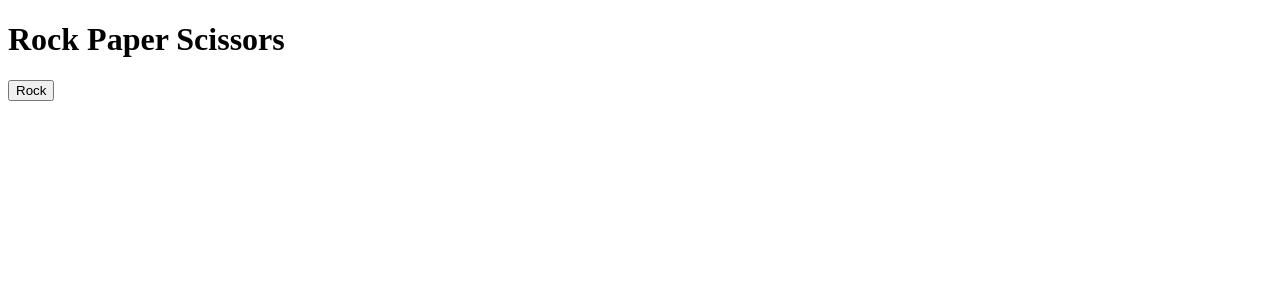
Repository: pgyunknown/Rock_paper_scissors-
Page: index.html
An editor plug-in stored every save of this project. The page is shown before and after a run of saves, followed by the edit.
The browser window is 1280 px wide. The pictures show the whole page.

Above is the page before, as saved 2024-08-19 21:41:03.

### index.html
<!DOCTYPE html>
<html lang="en">
<head>
  <meta charset="UTF-8">
  <meta name="viewport" content="width=device-width, initial-scale=1.0">
  <title>Document</title>
</head>
<body>
  <h1>Rock Paper Scissors</h1>
  <button>Rock</button>
</body>
</html>

After the next 2 saves:
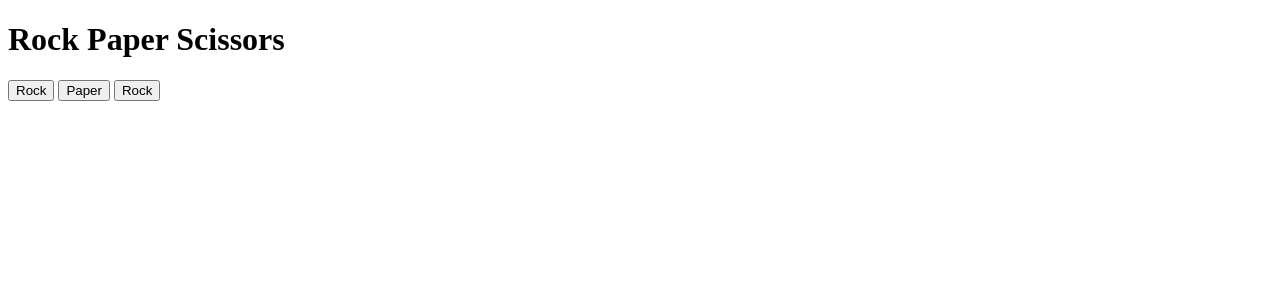
The 2 saves are shown as one change because they came seconds apart.
The last was saved 9 s later.
--- a/index.html
+++ b/index.html
@@ -8,5 +8,7 @@
 <body>
   <h1>Rock Paper Scissors</h1>
   <button>Rock</button>
+  <button>Paper</button>
+  <button>Rock</button>
 </body>
 </html>
